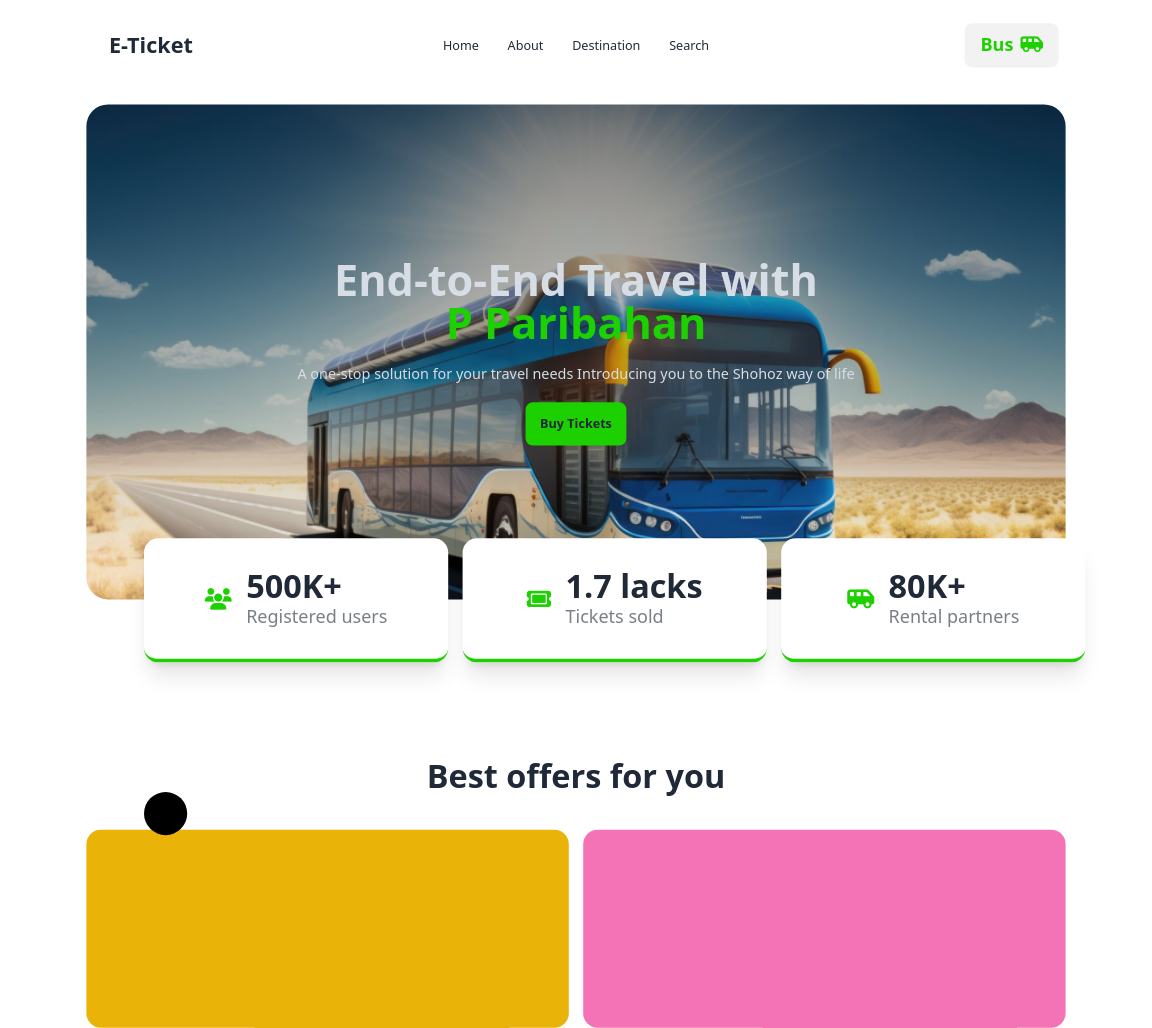
Repository: RudrasahaDibos/Smart-ticketing
Page: index.html
The author's editor kept a copy of each file at every save. The page is drawn from the files as they stood at one save, then again after a run of saves.
The browser window is 1280 px wide. The pictures show the whole page, at 90% of full size.
Some web fonts or font styles are not loaded; a fallback is used. Some web libraries are served in a nearby version.

Above is the page before, as saved 2024-11-10 01:12:51.

After the next 2 saves:
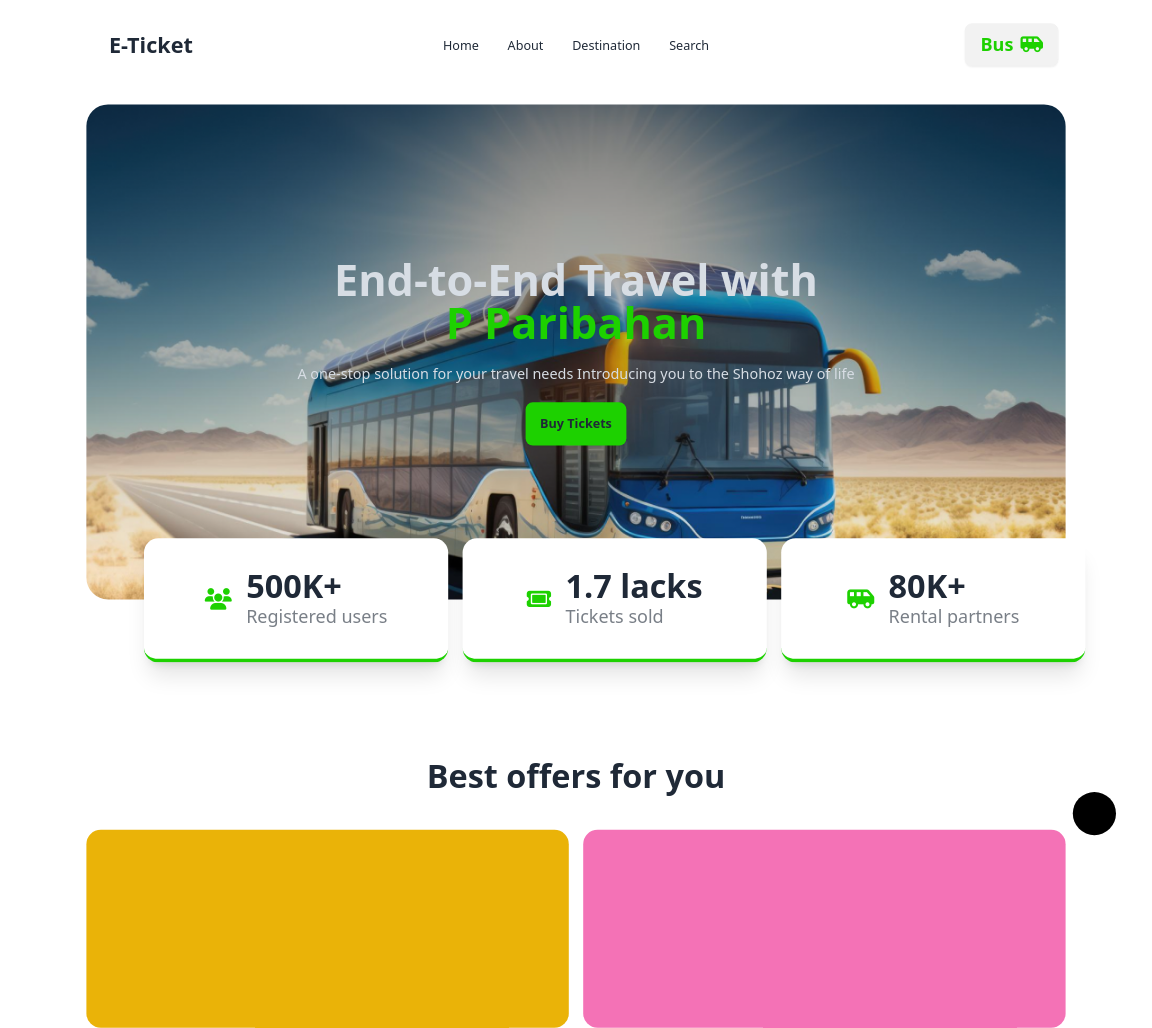
The 2 saves are shown as one change because they came seconds apart.
The last was saved 12 s later.
--- a/index.html
+++ b/index.html
@@ -156,7 +156,7 @@
 
                                 <div class="flex gap-4 mt-10">
                                     <div class="bg-yellow-500  w-[573px] h-[220px] rounded-2xl">
-                                               <p class="bg-black w-[48px] h-[48px] absolute mx-auto rounded-full  -bottom-52 left-40 "></p>
+                                               <p class="bg-black w-[48px] h-[48px] absolute mx-auto rounded-full  -bottom-52 right-10 "></p>
                                     </div>
                                     <div class="bg-pink-400   w-[573px] h-[220px] rounded-2xl">
 
